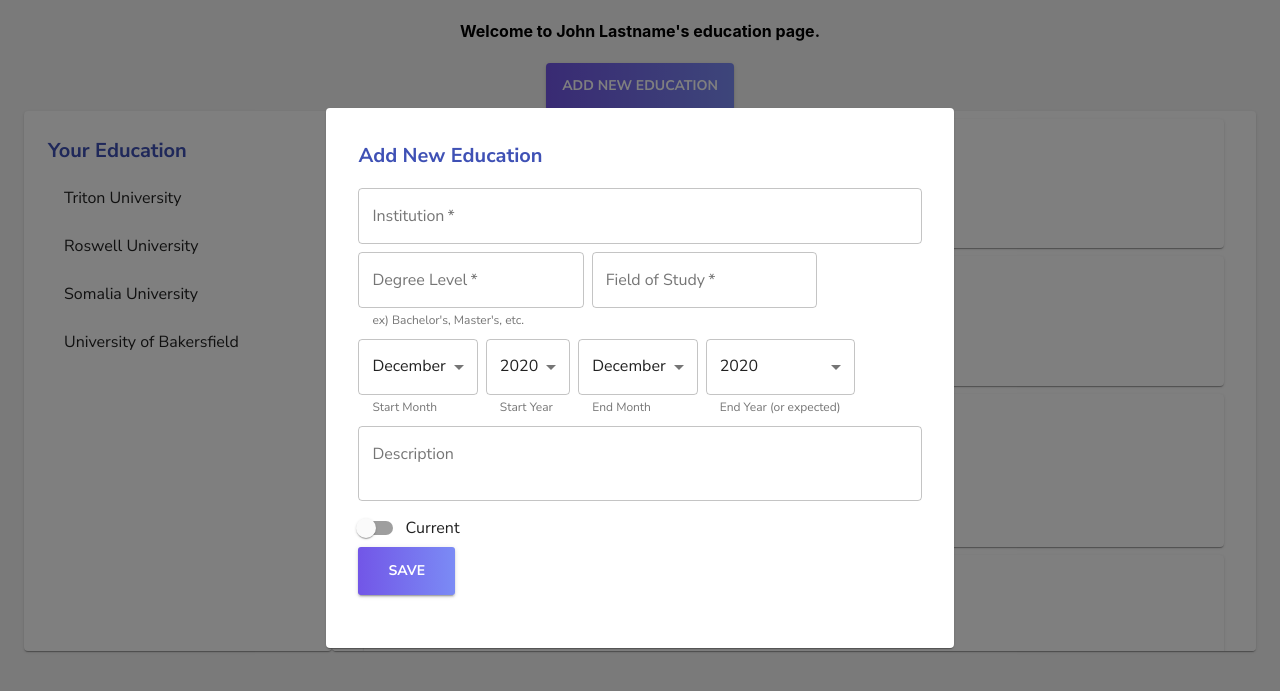
Repository: noellered/Showwcase-React-Challenge
Page: / (app in showwcase-education-react/), after clicking the first element matching `button.MuiButtonBase-root`
An editor plug-in stored every save of this project. The page is shown before and after the next save, followed by the edit.
The browser window is 1280 px wide. The pictures show the whole page.
The page's requests for data from a server got no answer. An inner scrolling area shows only its first screen. The project was rebuilt for these pictures with package versions that can differ from the ones it lists, and the page was loaded fresh each time. No one was signed in, and anything a server would have sent is missing. Also part of the build but not shown: showwcase-education-react/src/components/Home.tsx.

Above is the page before, as saved 2020-12-17 18:01:38.

### showwcase-education-react/public/index.html
<!DOCTYPE html>
<html lang="en">
  <head>
    <meta charset="utf-8" />
    <link rel="icon" href="%PUBLIC_URL%/favicon.ico" />
    <link rel="preconnect" href="https://fonts.gstatic.com">
    <link href="https://fonts.googleapis.com/css2?family=Nunito+Sans:ital,wght@0,400;0,700;1,400&display=swap" rel="stylesheet">


    <meta name="viewport" content="width=device-width, initial-scale=1" />
    <meta name="theme-color" content="#000000" />
    <meta
      name="description"
      content="Web site created using create-react-app"
    />
    <link rel="apple-touch-icon" href="%PUBLIC_URL%/logo192.png" />
    <!--
      manifest.json provides metadata used when your web app is installed on a
      user's mobile device or desktop. See https://developers.google.com/web/fundamentals/web-app-manifest/
    -->
    <link rel="manifest" href="%PUBLIC_URL%/manifest.json" />
    <!--
      Notice the use of %PUBLIC_URL% in the tags above.
      It will be replaced with the URL of the `public` folder during the build.
      Only files inside the `public` folder can be referenced from the HTML.

      Unlike "/favicon.ico" or "favicon.ico", "%PUBLIC_URL%/favicon.ico" will
      work correctly both with client-side routing and a non-root public URL.
      Learn how to configure a non-root public URL by running `npm run build`.
    -->
    <title>React App</title>
  </head>
  <body>
    <noscript>You need to enable JavaScript to run this app.</noscript>
    <div id="root"></div>
    <!--
      This HTML file is a template.
      If you open it directly in the browser, you will see an empty page.

      You can add webfonts, meta tags, or analytics to this file.
      The build step will place the bundled scripts into the <body> tag.

      To begin the development, run `npm start` or `yarn start`.
      To create a production bundle, use `npm run build` or `yarn build`.
    -->
  </body>
</html>

### showwcase-education-react/src/index.css
body {
  margin: 0;
  background: #F5F5F5;
  font-family: -apple-system, BlinkMacSystemFont, 'Segoe UI', 'Roboto', 'Oxygen',
    'Ubuntu', 'Cantarell', 'Fira Sans', 'Droid Sans', 'Helvetica Neue',
    sans-serif;
  -webkit-font-smoothing: antialiased;
  -moz-osx-font-smoothing: grayscale;
}

code {
  font-family: source-code-pro, Menlo, Monaco, Consolas, 'Courier New',
    monospace;
}

### showwcase-education-react/src/App.tsx
import React, {useState} from 'react';
import Home from './components/Home';
import Main from './components/Main';
import { MuiThemeProvider, createMuiTheme } from '@material-ui/core/styles';
import './App.css';

function App() {
  const theme = createMuiTheme({
    typography: {
        fontFamily: [
            'Nunito Sans',
            'sans-serif'
        ].join(','),
        h6: {
          fontWeight: 600
        },
        body1: {
          fontWeight: 400
        },
        subtitle1: {
          fontStyle: 'italic'
        },
        button: {
          fontWeight: 600
        }
    },
  })
  const [name, setName] = useState('John Lastname')

  return (
    <MuiThemeProvider theme={theme}>
      <div className="App">
        { name ? <Main name={name} /> : <Home setName={setName} /> }
      </div>
    </MuiThemeProvider>

  );
}

export default App;

### showwcase-education-react/src/components/Main.tsx
import React, {FunctionComponent, useState} from 'react';
import EducationSidebar from './education/EducationSidebar';
import EducationList from './education/EducationList';
import EducationModalContent from './education/EducationModalContent';
import Modal from '@material-ui/core/Modal';
import Backdrop from '@material-ui/core/Backdrop';
import Fade from '@material-ui/core/Fade';
import Paper from '@material-ui/core/Paper';
import Grid from '@material-ui/core/Grid';
import Container from '@material-ui/core/Container';
import Button from '@material-ui/core/Button';
import { pageStyles } from './pageStyles';

const Main:FunctionComponent<{name: string}> = ({name}) => {
    const classes = pageStyles();
    const [open, setOpen] = useState<boolean>(false);
    const [education, setEducation] = useState<object[]>([
        {
            degree: "MFA.",
            description: "",
            end: {month: 11, year: 2020},
            fieldOfStudy: "Being Cool",
            institution: "Triton University",
            start: {month: 11, year: 2020}
        },
        {
            degree: "M.Sc.",
            description: "",
            end: {month: 11, year: 2020},
            fieldOfStudy: "Biology of Aliens",
            institution: "Roswell University",
            start: {month: 11, year: 2020}
        },
        {
            degree: "B.S.",
            description: "I learned things, and stuff. Then I learned how to be a pirate. Arrrr, matey.",
            end: {month: 11, year: 2020},
            fieldOfStudy: "Pirate Studies",
            institution: "Somalia University",
            start: {month: 11, year: 2020}
        },
        {
            degree: "B.A.",
            description: "",
            end: {month: 11, year: 2020},
            fieldOfStudy: "Home Economics",
            institution: "University of Bakersfield",
            start: {month: 11, year: 2020}
        },
    ]);


    //Modal handlers

    const handleOpen = () => {
        setOpen(true);
    }

    const handleClose = () => {
        setOpen(false);
    }

    const handleEducationUpdate = (newEducation) => {
        setEducation(education => [newEducation, ...education]) //prepend new education item to education list
        handleClose();
    }

    return(
        <Container>
            <h4>Welcome to {name}'s education page.</h4>
            <Button
                className={classes.button}
                variant="contained"
                color="primary"
                type="button"
                onClick={handleOpen}
                >
                Add New Education
            </Button>
            <Grid container className={classes.container}>
                <Grid item xs={12} lg={3}>
                    <Paper className={classes.paper}>
                        <EducationSidebar list={education}/>
                    </Paper>
                </Grid>
                <Grid item xs={12} lg={9}>
                    <Paper className={classes.paper}>
                        <EducationList list={education}/>
                    </Paper>
                </Grid>
            </Grid>
            <Modal
                className={classes.modal}
                aria-labelledby="add-education"
                aria-describedby="add-education-modal"
                open={open}
                onClose={handleClose}
                closeAfterTransition
                BackdropComponent={Backdrop}
                BackdropProps={{
                timeout: 300,
                }}>
                <Fade in={open}>
                    <Paper className={`${classes.modal} ${classes.paper}`}>
                        <EducationModalContent handleUpdate={handleEducationUpdate}/>
                    </Paper>
                </Fade>
            </Modal>
        </Container>
    )
}

export default Main;

### showwcase-education-react/src/components/pageStyles.tsx
import { makeStyles } from '@material-ui/core/styles';

export const pageStyles = makeStyles({
    modal: {
        maxWidth: '70%',
        margin: 'auto',
        height: '70vh'
    },
    button: {
        backgroundImage: 'linear-gradient(90deg, rgba(114,86,231,1) 0%, rgba(123,139,245,1) 100%)',
        borderColor: '#0063cc',
        borderRadius: 3,
        color: 'white',
        height: 48,
        padding: '0 30px',
        '&:hover': {
            backgroundImage: 'linear-gradient(90deg, rgba(81,53,196,1) 0%, rgba(91,110,238,1) 100%)',
            borderColor: '#0062cc',
          },
    },
    container: {
        display: 'flex',
        justifyContent: 'space-between'
    },
    paper: {
        height: '75vh',
        overflow: 'auto',
        "&:focus": {
            outline: "none"
          }
    },
    sideBar: {
        marginRight: '2rem',
    }
})

### showwcase-education-react/src/components/education/EducationSidebar.tsx
import React, { FunctionComponent } from 'react';
import List from '@material-ui/core/List';
import ListItem from '@material-ui/core/ListItem';
import ListItemText from '@material-ui/core/ListItemText';
import Typography from '@material-ui/core/Typography';
import { useStyles } from './styles'

const EducationSidebar:FunctionComponent<{list: object[]}> = ({ list }) => {
    const classes = useStyles();
    return(
        <List className={classes.list}>
            <Typography variant="h6" color="primary" align="justify" gutterBottom>Your Education</Typography>
            { list.length > 0 ? list.map((item) =>
            <div>
                <ListItem className={classes.listItem} button>
                    <ListItemText >{item['institution']}</ListItemText>
                </ListItem>
            </div>
            )
            : <div>No education to display</div> }
        </List>
    )
}
export default EducationSidebar;

### showwcase-education-react/src/components/education/EducationList.tsx
import React, { FunctionComponent } from 'react';
import Card from '@material-ui/core/Card';
import { useStyles } from './styles';
import Typography from '@material-ui/core/Typography';
import Container from '@material-ui/core/Container';

const EducationList:FunctionComponent<{list: object[]}> = ({ list }) => {
    const classes = useStyles();
    return(
        <Container>
            { list.length > 0 ? list.map((item) =>
            <Card className={classes.educationCard}>
                <Typography align="justify" variant="h6" color="textPrimary">
                    {item['degree']} {item['fieldOfStudy']} @ {item['institution']}
                </Typography>
                <Typography variant="subtitle1" align="justify" color="textSecondary" gutterBottom>
                January {item['start']['year']} - December {item['end']['year']}
                </Typography>
                <Typography variant="body1" align="justify">
                    {item['description']}
                </Typography>
            </Card>) : <div>Nothing to display</div> }
        </Container>
    )
}
export default EducationList;

### showwcase-education-react/src/components/education/EducationModalContent.tsx
import React, { FunctionComponent, useEffect, useState } from 'react';
import Autocomplete, { AutocompleteRenderGroupParams } from '@material-ui/lab/Autocomplete';
import TextField from '@material-ui/core/TextField';
import Button from '@material-ui/core/Button';
import ListSubheader from '@material-ui/core/ListSubheader';
import { useTheme } from '@material-ui/core/styles';
import useMediaQuery from '@material-ui/core/useMediaQuery';
import Typography from '@material-ui/core/Typography';
import { VariableSizeList, ListChildComponentProps } from 'react-window';
import MonthPicker from '../pickers/MonthPicker';
import YearPicker from '../pickers/YearPicker';
import { useStyles } from './styles';
import Switch from '@material-ui/core/Switch';
import FormControlLabel from '@material-ui/core/FormControlLabel';


//Virtualize institution list for more efficient rendering performance

const LISTBOX_PADDING = 8; // px

function renderRow(props: ListChildComponentProps) {
  const { data, index, style } = props;
  return React.cloneElement(data[index], {
    style: {
      ...style,
      top: (style.top as number) + LISTBOX_PADDING,
    },
  });
}

const OuterElementContext = React.createContext({});

const OuterElementType = React.forwardRef<HTMLDivElement>((props, ref) => {
  const outerProps = React.useContext(OuterElementContext);
  return <div ref={ref} {...props} {...outerProps} />;
});

function useResetCache(data: any) {
    const ref = React.useRef<VariableSizeList>(null);
    React.useEffect(() => {
      if (ref.current != null) {
        ref.current.resetAfterIndex(0, true);
      }
    }, [data]);
    return ref;
  }


  // React-window adapter
  const ListboxComponent = React.forwardRef<HTMLDivElement>(function ListboxComponent(props, ref) {
    const { children, ...other } = props;
    const theme = useTheme();
    const itemData = React.Children.toArray(children);
    const smUp = useMediaQuery(theme.breakpoints.up('sm'), { noSsr: true });
    const itemCount = itemData.length;
    const itemSize = smUp ? 36 : 48;

    const getChildSize = (child: React.ReactNode) => {
      if (React.isValidElement(child) && child.type === ListSubheader) {
        return 48;
      }

      return itemSize;
    };

    const getHeight = () => {
      if (itemCount > 8) {
        return 8 * itemSize;
      }
      return itemData.map(getChildSize).reduce((a, b) => a + b, 0);
    };

    const gridRef = useResetCache(itemCount);

    return (
      <div ref={ref}>
        <OuterElementContext.Provider value={other}>
          <VariableSizeList
            itemData={itemData}
            height={getHeight() + 2 * LISTBOX_PADDING}
            width="100%"
            ref={gridRef}
            outerElementType={OuterElementType}
            innerElementType="ul"
            itemSize={(index) => getChildSize(itemData[index])}
            overscanCount={5}
            itemCount={itemCount}
          >
            {renderRow}
          </VariableSizeList>
        </OuterElementContext.Provider>
      </div>
    );
  });



//Add Education Modal Content
const EducationModalContent:FunctionComponent<{handleUpdate: any}>= ({ handleUpdate }) => {
    const classes = useStyles();
    const [institutionList, setInstitutionList] = useState<string[]>([]);
    const [institution, setInstitution] = useState<string>('');
    const [degree, setDegree] = useState<string>('');
    const [description, setDescription] = useState<string>('');
    const [fieldOfStudy, setFieldOfStudy] = useState<string>('');
    const [current, setCurrent] = useState<boolean>(false)
    const [start, setStart] = useState<{month: number, year: number}>({
        month: new Date().getMonth(),
        year: new Date().getFullYear()
    });
    const [end, setEnd] = useState({
        month: new Date().getMonth(),
        year: new Date().getFullYear()
    });



    const getInstitutions = () => {
        fetch(`http://universities.hipolabs.com/search`)
        .then((res: any) => res.json()
        .then((JSON) => setInstitutionList(JSON.map((item)=>item['name']))));
    }

    // Get institutions list on component mount
    useEffect( () => {
        getInstitutions()
    }, []);

    //Render group for visualized autocomplete component
    const renderGroup = (params: AutocompleteRenderGroupParams) => [
        <ListSubheader key={params.key} component="div">
          {params.group}
        </ListSubheader>,
        params.children,
    ];

    //Handle form submit
    const handleSubmit = (e: any) => {
        e.preventDefault();
        const newEducation = { institution, fieldOfStudy, degree, start, end, description, current }
        return handleUpdate(newEducation);
    }

    //Handle institution change for autocomplete component
    const handleInputChange = (e: React.ChangeEvent<{}>, value: string) => {
        setInstitution(value)
    }

    const handleSwitch = (e: React.ChangeEvent<HTMLInputElement>) => {
      setCurrent(e.target.checked);
    }



    return(
        <div className={classes.modalContent}>
            <Typography variant="h6" color="primary">Add New Education</Typography>
            <form onSubmit={handleSubmit}>
                <Autocomplete
                id="institutions-list"
                options={institutionList}
                freeSolo
                renderGroup={renderGroup}
                renderInput={(params)=>(
                    <TextField {...params} label="Institution" margin="normal" variant="outlined" required/>
                )}
                renderOption={(option) => <p>{option}</p>}
                ListboxComponent={ListboxComponent as React.ComponentType<React.HTMLAttributes<HTMLElement>>}
                disableListWrap
                autoSelect={true}
                onInputChange={handleInputChange}
                />
                <div className={classes.inputGroup}>
                  <TextField className={`${classes.input} ${classes.mr}`} label="Degree Level" helperText="ex) Bachelor's, Master's, etc." variant="outlined" onChange={(e)=> setDegree(e.target.value)} required/>
                  <TextField className={classes.input} label="Field of Study" variant="outlined" onChange={(e)=> setFieldOfStudy(e.target.value)} required/>
                </div>
                <div className={classes.inputGroup}>
                    <MonthPicker className={`${classes.input} ${classes.mr}`} label="Start Month" id="startMonth" onChange={(e)=> setStart({...start, month: e.target.value})}/>
                    <YearPicker className={`${classes.input} ${classes.mr}`} label="Start Year" id="startYear" onChange={(e)=> setStart({...start, year: e.target.value})}/>
                    <MonthPicker className={`${classes.input} ${classes.mr}`} label="End Month" id="endMonth" onChange={(e)=> setEnd({...end, month: e.target.value})}/>
                    <YearPicker className={`${classes.input} ${classes.mr}`} label="End Year (or expected)" id="endYear" onChange={(e)=> setEnd({...end, year: e.target.value})}/>
                </div>
                <TextField className={classes.input} multiline fullWidth rows={2} variant="outlined" label="Description" onChange={(e)=> setDescription(e.target.value)}/>

                <div className={classes.inputGroup}>
                <FormControlLabel
                      control={<Switch checked={current} onChange={handleSwitch} name="current" color="secondary"/>}
                      label="Current"
                />
                </div>

                <Button variant="contained" className={classes.button} color="primary" type="submit" >Save</Button>
            </form>
        </div>
    )
}
export default EducationModalContent;

### showwcase-education-react/src/components/education/styles.tsx
import { makeStyles } from '@material-ui/core/styles';

export const useStyles = makeStyles({
    button: {
        backgroundImage: 'linear-gradient(90deg, rgba(114,86,231,1) 0%, rgba(123,139,245,1) 100%)',
        borderColor: '#0063cc',
        borderRadius: 3,
        color: 'white',
        height: 48,
        padding: '0 30px',
        '&:hover': {
            backgroundImage: 'linear-gradient(90deg, rgba(81,53,196,1) 0%, rgba(91,110,238,1) 100%)',
            borderColor: '#0062cc',
          },
    },
    educationCard: {
        padding: '2rem',
        margin: '.5rem'
    },
    list: {
        padding: '1.5rem',
    },

    modalContent: {
        padding: '2rem',
    },
    listItem: {
        '&:active': {
            fontWeight: 600,
        }
    },
    input: {
        minWidth: '40%',
        marginBottom: '.5rem'
    },
    inputGroup: {
        display: 'flex',
        flexDirection: 'row',
        minWidth: '100%'
    },
    mr: {
        marginRight: '.5rem'
    }
})

### showwcase-education-react/src/components/pickers/MonthPicker.tsx
import React, { FunctionComponent, useState } from 'react';
import InputLabel from '@material-ui/core/InputLabel';
import MenuItem from '@material-ui/core/MenuItem';
import FormControl from '@material-ui/core/FormControl';
import TextField from '@material-ui/core/TextField';

interface MonthPickerProps {
    label?: string;
    id?: string;
    onChange?: any;
    className?: string;
}

const months = [
    { id: 0, name: 'January' },
    { id: 1, name: 'February' },
    { id: 2, name: 'March' },
    { id: 3, name: 'April' },
    { id: 4, name: 'May' },
    { id: 5, name: 'June' },
    { id: 6, name: 'July' },
    { id: 7, name: 'August' },
    { id: 8, name: 'September' },
    { id: 9, name: 'October' },
    { id: 10, name: 'November' },
    { id: 11, name: 'December' },
];

const MonthPicker:FunctionComponent<MonthPickerProps> = ({ label, id, className }) => {
    const [month, setMonth] = useState(new Date().getMonth())

   const handleChange = (e: any) => {
        e.preventDefault();
        setMonth(e.target.value);
   }

    return (
        <div>
            <FormControl>
                <TextField select helperText={label} id={id} value={month} onChange={handleChange} className={className} variant="outlined" required>
                { months.map((month) => <MenuItem value={month.id}>{month.name}</MenuItem>)}
                </TextField>
            </FormControl>
        </div>
    )
}

export default MonthPicker;

### showwcase-education-react/src/components/pickers/YearPicker.tsx
import React, { FunctionComponent, useState } from 'react';
import MenuItem from '@material-ui/core/MenuItem';
import FormControl from '@material-ui/core/FormControl';
import TextField from '@material-ui/core/TextField';

interface YearPickerProps {
    label?: string;
    id?: string;
    onChange?: any;
    className?: string;
}

const years:number[] = []

//Create year list
for(let y = (new Date().getFullYear() + 10); y >= 1950; y--){
    years.push(y)
}

const YearPicker:FunctionComponent<YearPickerProps> = React.memo(({ label, id, className }) => {
    const [year, setYear] = useState(new Date().getFullYear())

   const handleChange = (e: any) => {
        e.preventDefault();
        setYear(e.target.value);
   }

    return (
        <div>
            <FormControl>
                <TextField select  helperText={label} id={id} value={year} onChange={handleChange} className={className} variant="outlined" required>
                { years.map((year) => <MenuItem value={year}>{year}</MenuItem>)}
                </TextField>
            </FormControl>
        </div>
    )
})

export default YearPicker;

Loaded but not shown: showwcase-education-react/src/index.tsx (common file); showwcase-education-react/src/reportWebVitals.ts (common file); showwcase-education-react/src/App.css (common file)

After the next save:
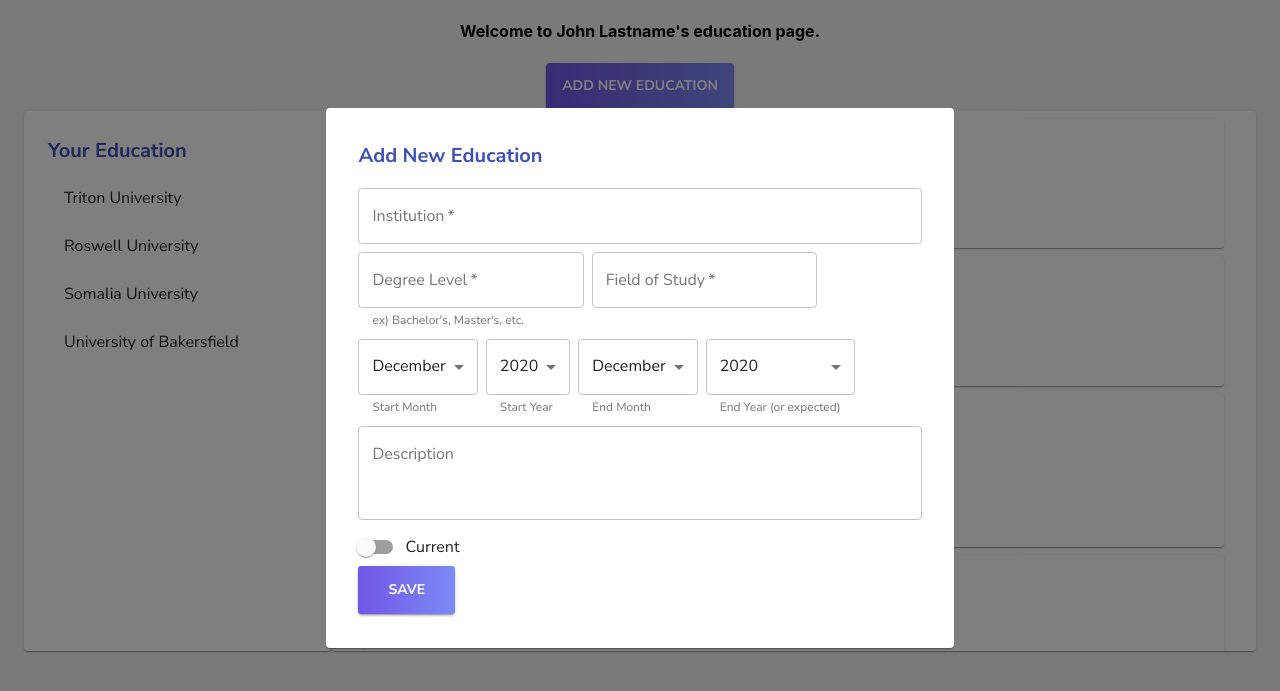
Saved 31 s later.
--- a/showwcase-education-react/src/components/education/EducationModalContent.tsx
+++ b/showwcase-education-react/src/components/education/EducationModalContent.tsx
@@ -180,7 +180,7 @@ const EducationModalContent:FunctionComponent<{handleUpdate: any}>= ({ handleUpd
                     <MonthPicker className={`${classes.input} ${classes.mr}`} label="End Month" id="endMonth" onChange={(e)=> setEnd({...end, month: e.target.value})}/>
                     <YearPicker className={`${classes.input} ${classes.mr}`} label="End Year (or expected)" id="endYear" onChange={(e)=> setEnd({...end, year: e.target.value})}/>
                 </div>
-                <TextField className={classes.input} multiline fullWidth rows={2} variant="outlined" label="Description" onChange={(e)=> setDescription(e.target.value)}/>
+                <TextField className={classes.input} multiline fullWidth rows={3} variant="outlined" label="Description" onChange={(e)=> setDescription(e.target.value)}/>
 
                 <div className={classes.inputGroup}>
                 <FormControlLabel
